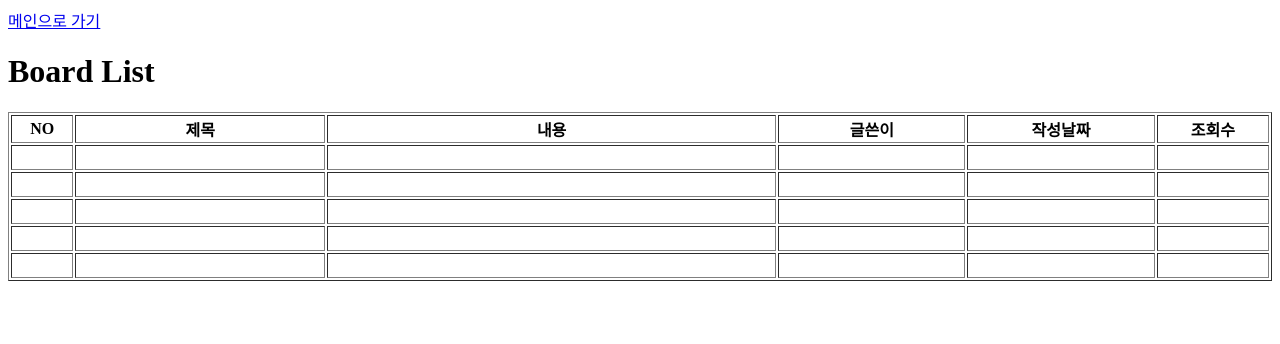
Repository: ByeonYJ/CSSTest
Page: GMSUI/WebContent/board/board_list.html
These files come from the project's save history. The page is drawn as it stood at one moment and after the next save; the edit follows.
The browser window is 1280 px wide. The pictures show the whole page.

Above is the page before, as saved 2017-07-20 07:04:41.

After the next save:
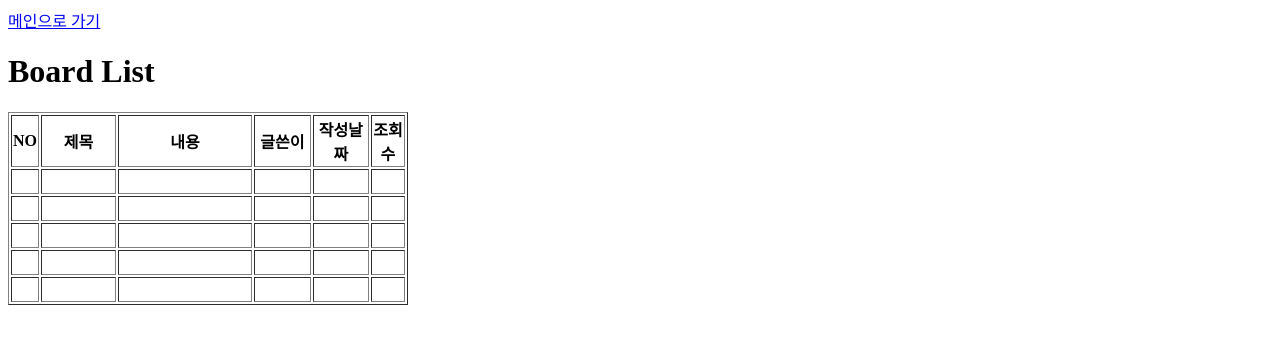
Saved 71 s later.
--- a/GMSUI/WebContent/board/board_list.html
+++ b/GMSUI/WebContent/board/board_list.html
@@ -5,11 +5,9 @@
 <title>Insert title here</title>
 
 </head>
-<div>
 <body>
 <div id="container" class="margin-auto" style=" width: 400px">
 <a href="..index.html"class="float-right">메인으로 가기</a><br/>
-</div>
 <h1 class="text-center">Board List</h1>
 	<table border=1 class="table-border" style="width: 100%">
 		<tr style="height: 25px;">

After the save that followed:
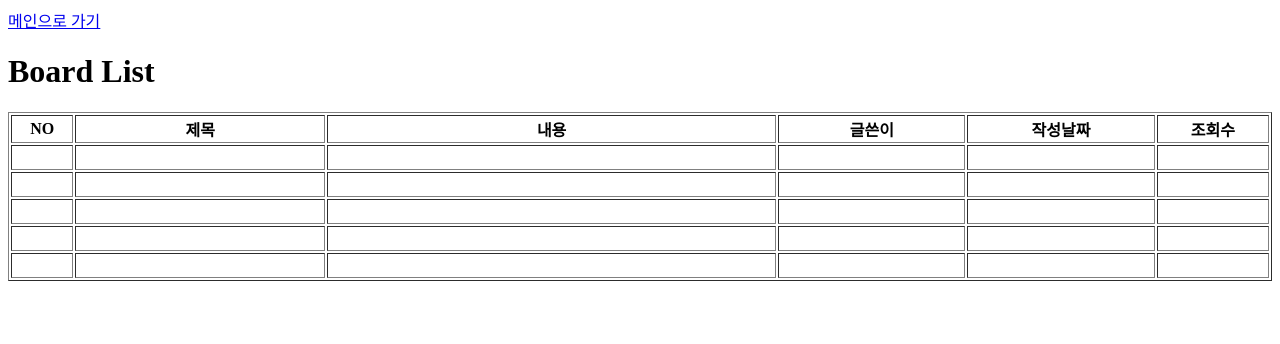
Saved 25 s later.
--- a/GMSUI/WebContent/board/board_list.html
+++ b/GMSUI/WebContent/board/board_list.html
@@ -6,7 +6,7 @@
 
 </head>
 <body>
-<div id="container" class="margin-auto" style=" width: 400px">
+<div id="wrapper">
 <a href="..index.html"class="float-right">메인으로 가기</a><br/>
 <h1 class="text-center">Board List</h1>
 	<table border=1 class="table-border" style="width: 100%">
